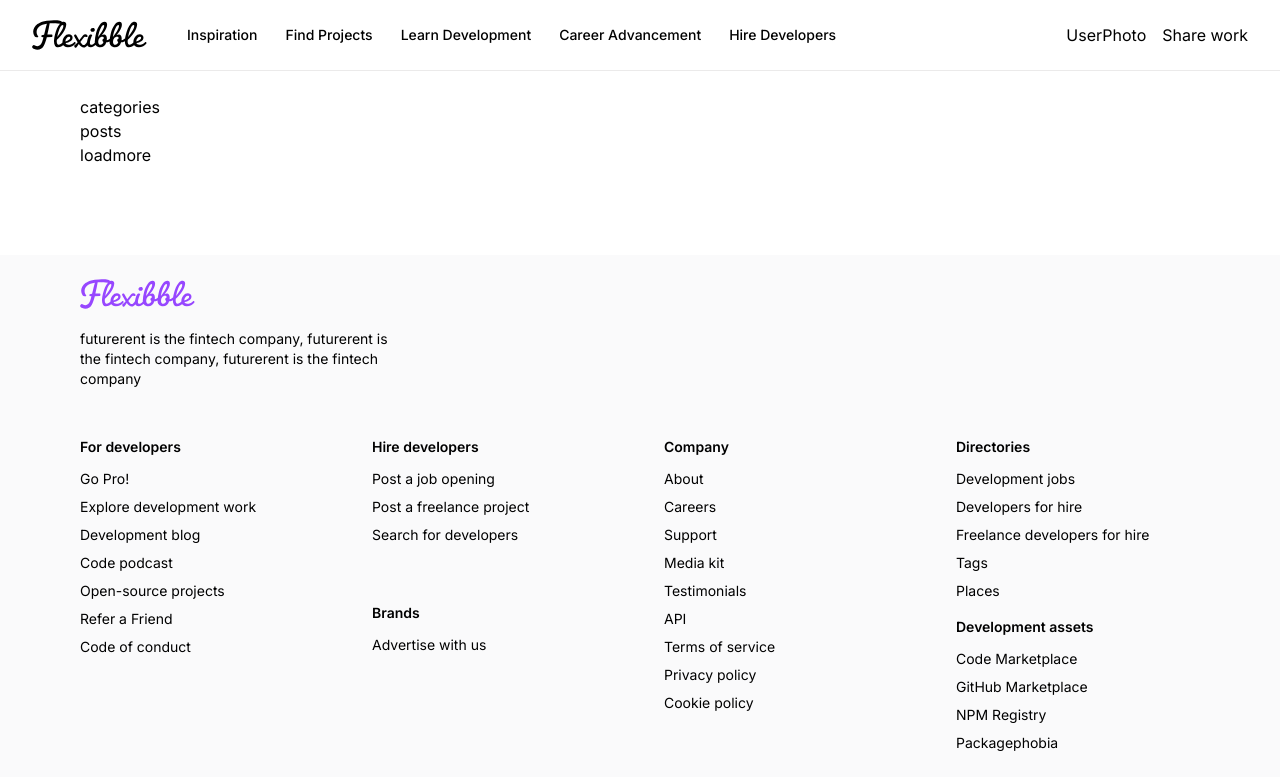
Repository: cicifuture/grafbase_proj
Page: /
The author's editor kept a copy of each file at every save. The page is drawn from the files as they stood at one save, then again after the next save.
The browser window is 1280 px wide. The pictures show the whole page.
The project was rebuilt for these pictures with package versions that can differ from the ones it lists, and the page was loaded fresh each time. The framework's server and built-in components were replaced by stand-ins that run in the browser. Also part of the build but not shown: next.config.js, components/AuthProviders.tsx.

Above is the page before, as saved 2023-09-26 11:46:49.

After the next save:
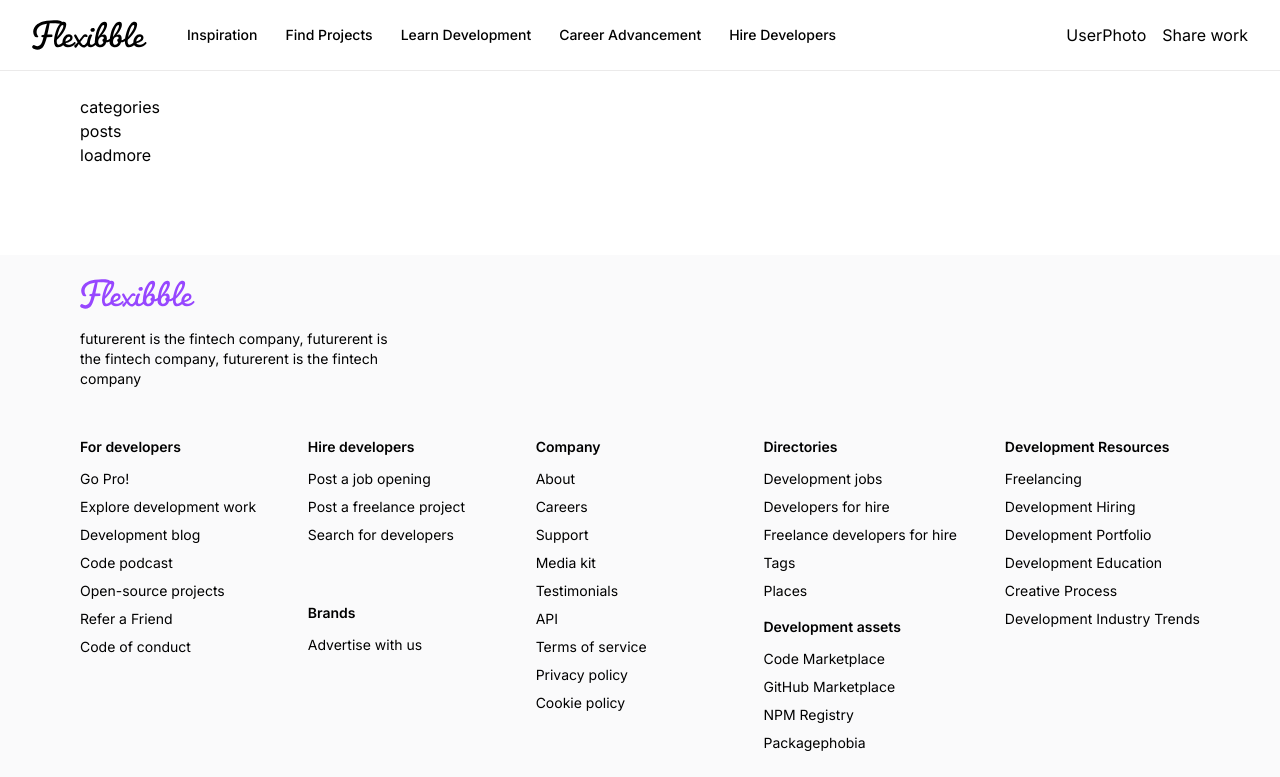
Saved 113 s later.
--- a/components/Footer.tsx
+++ b/components/Footer.tsx
@@ -37,6 +37,7 @@
           <FooterColumn title={footerLinks[4].title} links={footerLinks[4].links}/>
           <FooterColumn title={footerLinks[5].title} links={footerLinks[5].links}/>
           </div>
+          <FooterColumn title={footerLinks[6].title} links={footerLinks[6].links}/>
         </div>
       </div>
     </footer>
